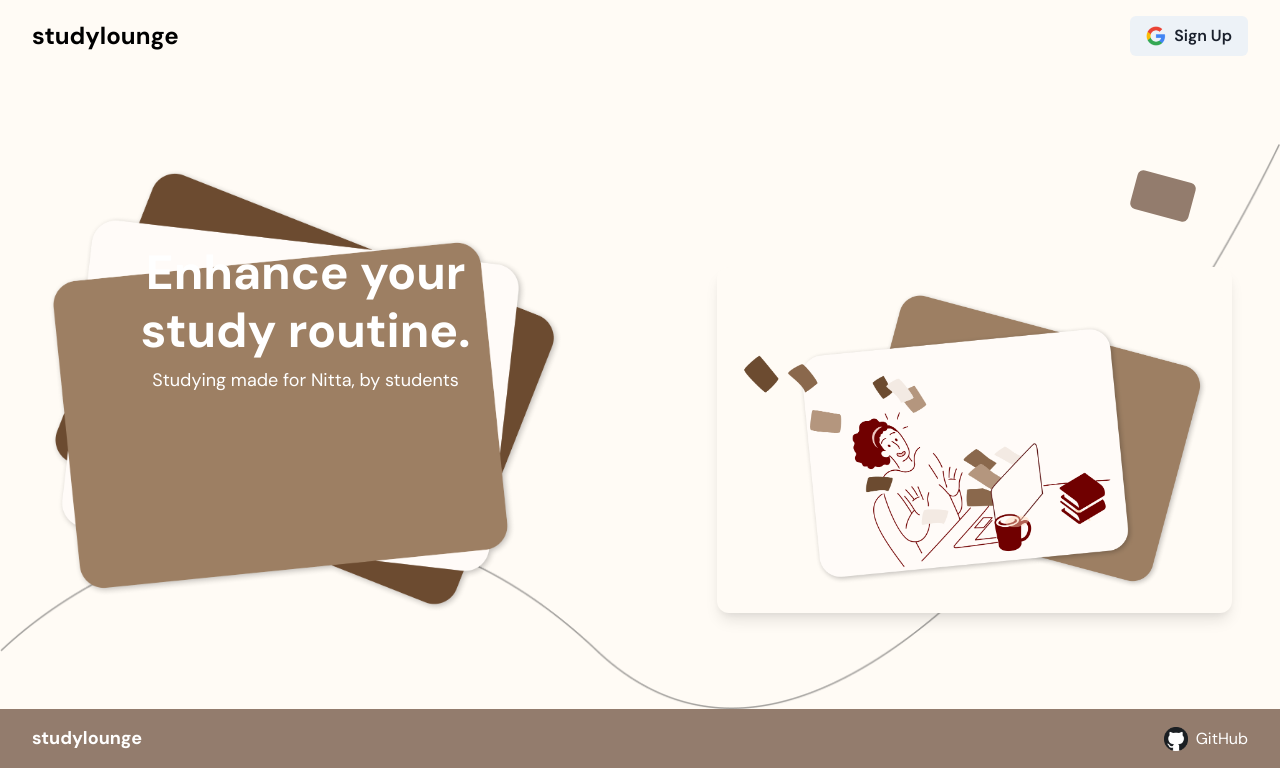
Repository: greg-chang/flashcard-website
Page: / (app in frontend/)
The author's editor kept a copy of each file at every save. The page is drawn from the files as they stood at one save, then again after the next save.
The browser window is 1280 px wide. The pictures show the whole page.
The page's requests for data from a server got no answer. The project was rebuilt for these pictures with package versions that can differ from the ones it lists, and the page was loaded fresh each time. Some packages were replaced by stand-ins written for this rebuild. The framework's server and built-in components were replaced by stand-ins that run in the browser. No one was signed in, and anything a server would have sent is missing. Also part of the build but not shown: frontend/next.config.ts, frontend/src/components/Dashboard.tsx.

Above is the page before, as saved 2025-06-08 14:33:41.

After the next save:
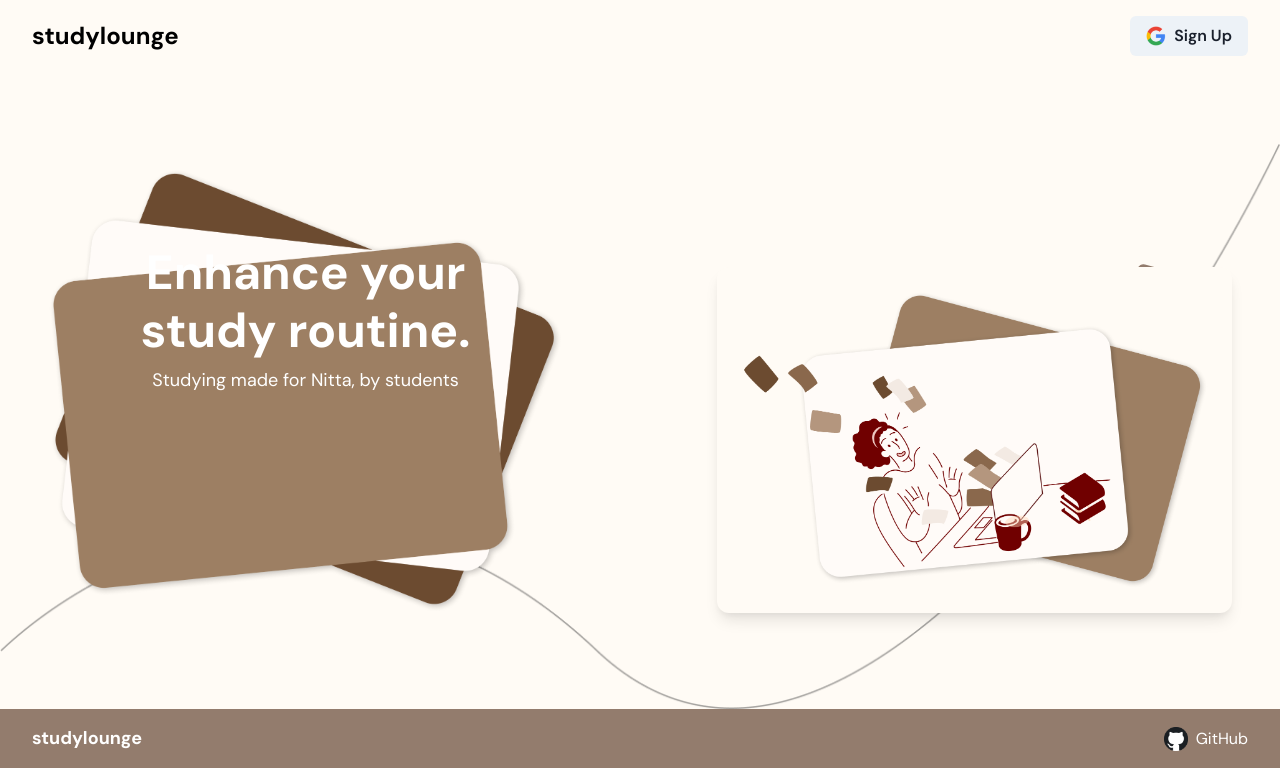
Saved 22 s later.
--- a/frontend/src/components/Homepage.tsx
+++ b/frontend/src/components/Homepage.tsx
@@ -31,13 +31,13 @@ export default function Homepage() {
       {/* Main Content Area */}
       <Flex
         direction={{ base: 'column', md: 'row' }}
-        align="stretch" // Allow children to stretch vertically if needed
-        justify="space-between" // Distribute space between items
+        align="flex-start"
+        justify="space-between"
         py={{ base: 10, md: 20 }}
         px={{ base: 4, md: 8 }}
-        flex="1" // Occupy available space
-        position="relative" // For positioning pseudo-elements or background waves if needed
-        overflow="hidden" // Hide overflowing background parts
+        flex="1"
+        position="relative"
+        overflow="hidden"
       >
         {/* Background Wave */}
         <Box
@@ -47,31 +47,31 @@ export default function Homepage() {
           width="100%"
           height="100%"
           backgroundImage={`url(${StyleLine.src})`}
-          backgroundSize="100% auto" // Cover full width, auto height
+          backgroundSize="100% auto"
           backgroundRepeat="no-repeat"
-          backgroundPosition="center bottom" // Position the wave at the bottom or center
+          backgroundPosition="center bottom"
           zIndex="0"
-          opacity="0.5" // Adjust opacity if too prominent
+          opacity="0.5"
         />
 
         {/* Left Section: Grouped Cards Image */}
         <Box
           position="relative"
-          flex="1" // Allow it to take available space in flex container
-          minW={{ base: 'full', md: '45%' }} // Adjust minimum width
-          maxW={{ base: 'full', md: '45%' }} // Adjust maximum width to control scaling
+          flex="1"
+          minW={{ base: 'full', md: '45%' }}
+          maxW={{ base: 'full', md: '45%' }}
           display="flex"
-          justifyContent="flex-start" // Align to top-left
-          alignItems="flex-start" // Align to top-left
+          justifyContent="flex-start"
+          alignItems="flex-start"
           p={4}
           zIndex="1"
         >
           <Image
             src={GroupedCards}
             alt="Grouped Study Cards"
-            width={550} // Aspect ratio base
-            height={400} // Aspect ratio base
-            layout="intrinsic" // Use intrinsic for better control within flex items
+            width={550}
+            height={400}
+            layout="responsive"
             objectFit="contain"
             priority
           />
@@ -84,7 +84,6 @@ export default function Homepage() {
             left="50%"
             transform="translate(-50%, -50%)"
             width="80%"
-            // Adjust these values to perfectly overlay text on the image
           >
             <Heading fontSize={{ base: '3xl', md: '4xl', lg: '5xl' }} mb={2}>
               Enhance your study routine.
@@ -97,12 +96,13 @@ export default function Homepage() {
 
         {/* Right Section: Illustration Image Card */}
         <Box
-          flex="1" // Allow it to take available space
-          minW={{ base: 'full', md: '45%' }} // Adjust minimum width
-          maxW={{ base: 'full', md: '45%' }} // Adjust maximum width to control scaling
+          flex="1"
+          minW={{ base: 'full', md: '45%' }}
+          maxW={{ base: 'full', md: '45%' }}
           display="flex"
-          justifyContent="flex-end" // Align to bottom-right
-          alignItems="flex-end" // Align to bottom-right
+          justifyContent="flex-end"
+          alignItems="flex-end"
+          alignSelf="flex-end"
           position="relative"
           p={4}
           zIndex="1"
@@ -119,9 +119,9 @@ export default function Homepage() {
             <Image
               src={Illustration}
               alt="Study Lounge Illustration"
-              width={600} // Aspect ratio base
-              height={450} // Aspect ratio base
-              layout="intrinsic" // Use intrinsic for better control within flex items
+              width={600}
+              height={450}
+              layout="responsive"
               objectFit="contain"
               priority
             />
